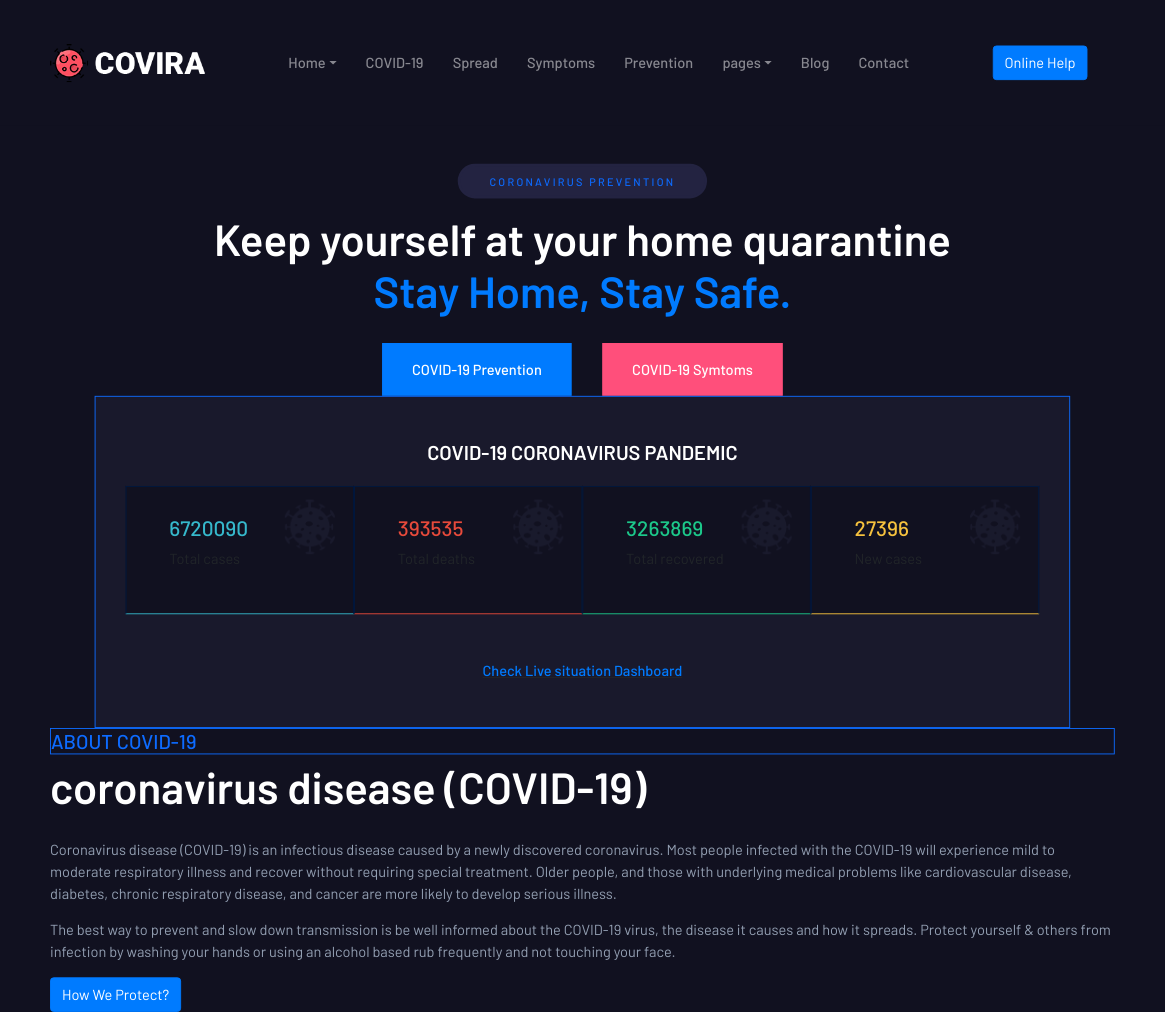
Repository: sitikhusushan/corona_updates
Page: index.html
These files come from the project's save history. The page is drawn as it stood at one moment and after the next save; the edit follows.
The browser window is 1280 px wide. The pictures show the whole page, at 91% of full size.

Above is the page before, as saved 2020-06-06 18:30:59.

After the next save:
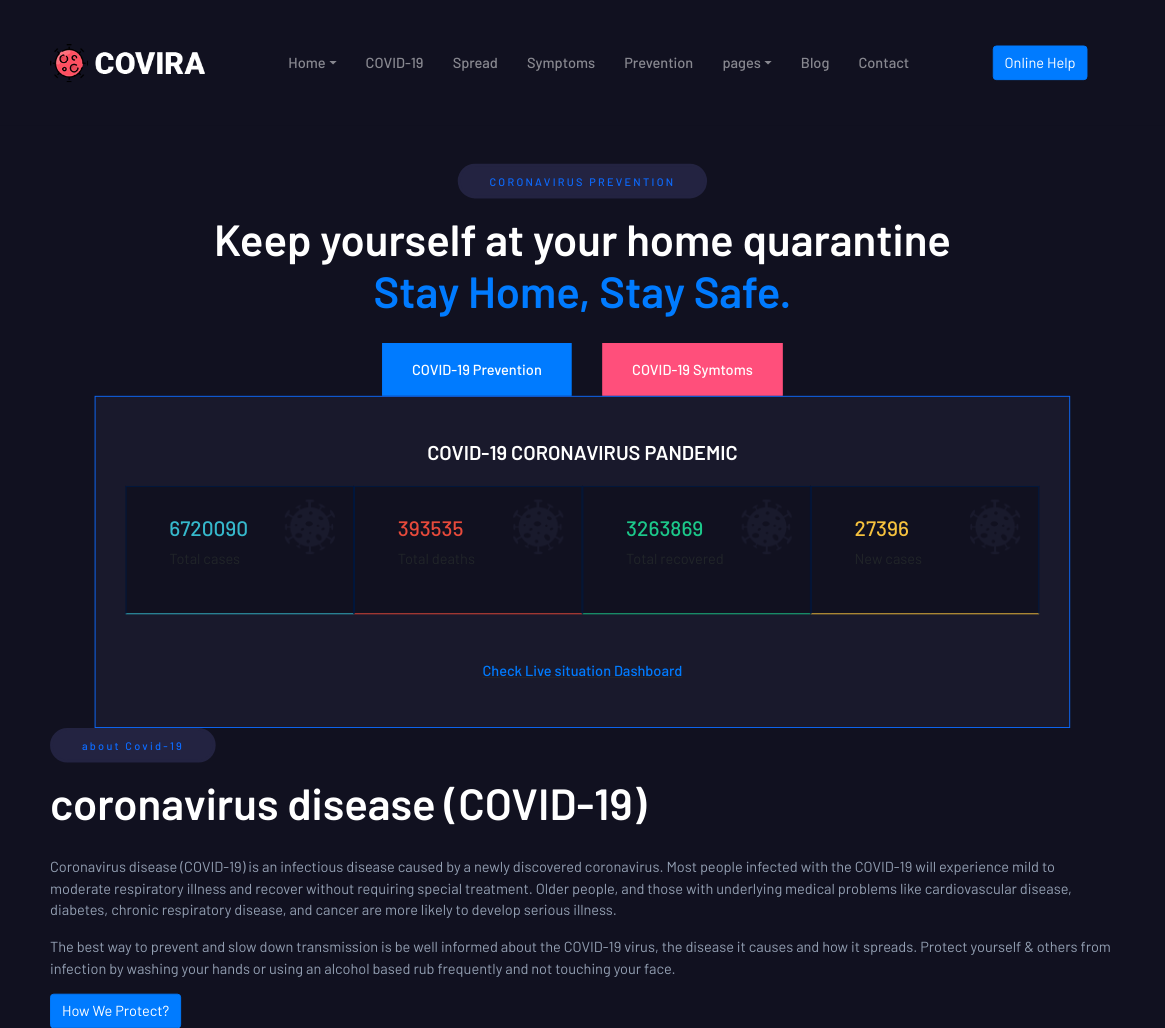
Saved 110 s later.
--- a/style.css
+++ b/style.css
@@ -215,9 +215,17 @@ h3 {
 
 /* about css starts from here  */
 .about h3 {
+  font-size: 0.75rem;
+  font-weight: 500;
+  line-height: 1;
+  letter-spacing: 2.5px;
+  display: inline-block;
+  border-radius: 800px;
+  border: #232341 solid;
+  background-color: #232341;
   color: #0d6bff;
-  text-transform: uppercase;
-  border: 1px solid;
+  padding: 10px 32px;
+  margin-bottom: 16px;
 }
 .about p {
   color: #939fb2;
